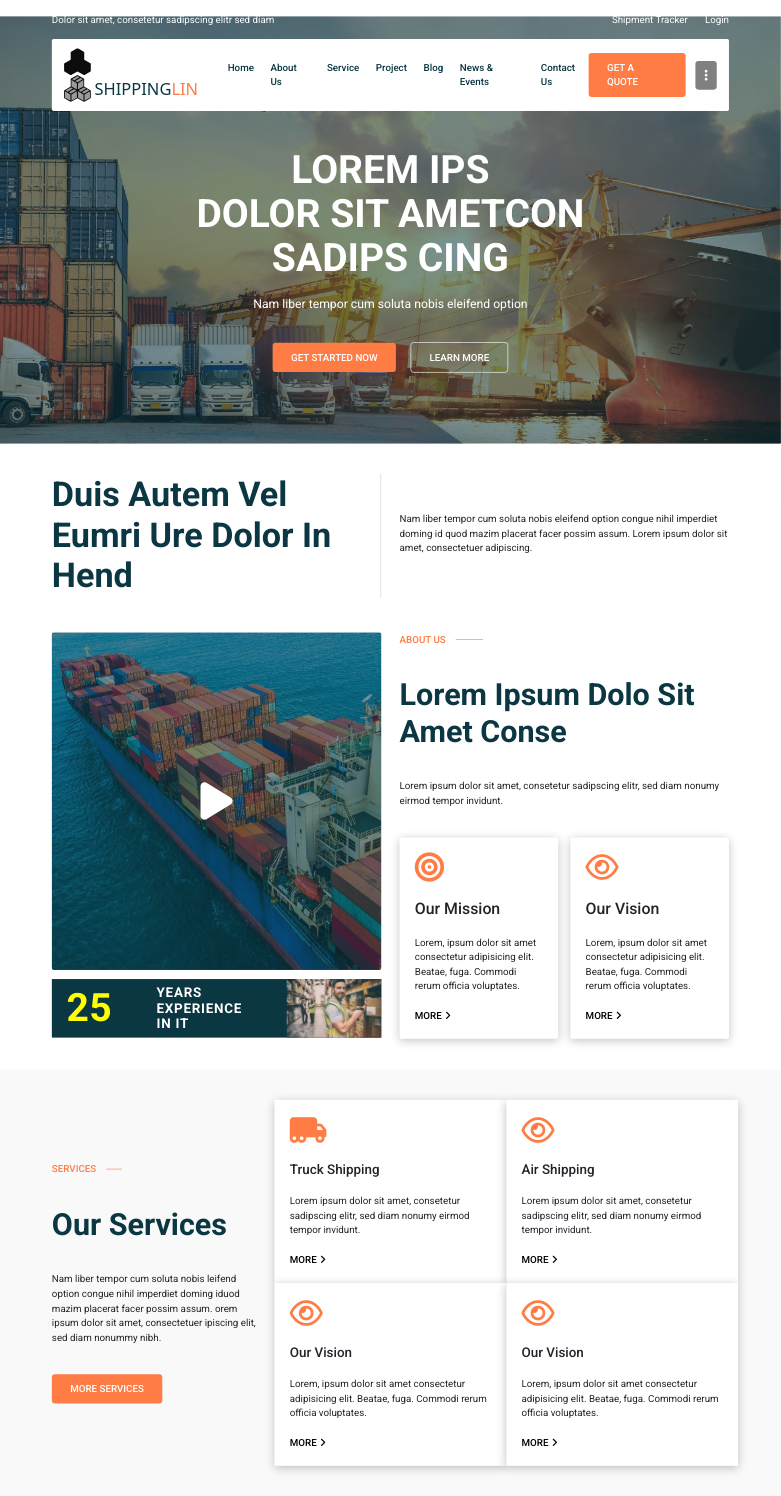
Repository: nazmulalok/shipping-theme
Page: index.html
These files come from the project's save history. The page is drawn as it stood at one moment and after the next save; the edit follows.
The browser window is 1280 px wide. The pictures show the whole page, at 61% of full size.
Some web libraries are served in a nearby version.

Above is the page before, as saved 2022-10-08 23:02:54.

### index.html
<!DOCTYPE html>
<html lang="en">

    <head>
        <meta charset="UTF-8">
        <meta http-equiv="X-UA-Compatible" content="IE=edge">
        <meta name="viewport" content="width=device-width, initial-scale=1.0">
        <link rel="preconnect" href="https://fonts.googleapis.com">
        <link rel="preconnect" href="https://fonts.gstatic.com" crossorigin>
        <link
            href="https://fonts.googleapis.com/css2?family=Roboto:ital,wght@0,300;0,400;0,500;0,700;0,900;1,300;1,400;1,500;1,700;1,900&display=swap"
            rel="stylesheet">
        <link rel="stylesheet" href="https://cdnjs.cloudflare.com/ajax/libs/font-awesome/6.2.0/css/all.min.css"
            integrity="sha512-xh6O/CkQoPOWDdYTDqeRdPCVd1SpvCA9XXcUnZS2FmJNp1coAFzvtCN9BmamE+4aHK8yyUHUSCcJHgXloTyT2A=="
            crossorigin="anonymous" referrerpolicy="no-referrer" />
        <link rel="stylesheet" href="https://cdn.jsdelivr.net/npm/bootstrap@4.0.0/dist/css/bootstrap.min.css"
            integrity="sha384-Gn5384xqQ1aoWXA+058RXPxPg6fy4IWvTNh0E263XmFcJlSAwiGgFAW/dAiS6JXm" crossorigin="anonymous">
        <link rel="stylesheet" href="style.css">
        <title>Document</title>
    </head>

    <body>
        <header class="header-top">
            <div class="container">
                <div class="top-bar">
                    <p class="m-0">Dolor sit amet, consetetur sadipscing elitr sed diam</p>
                    <div>
                        <span class="mr-4">Shipment Tracker</span>
                        <span>Login</span>
                    </div>
                </div>
                <div class="header-area">
                    <div class="logo">
                        <img src="images/box.svg" alt="Logo Box" class="me-2">
                        <img src="images/shipping-logo.svg" alt="Shipping Logo">
                    </div>
                    <nav>
                        <ul>
                            <li><a href="#">Home</a></li>
                            <li><a href="#">About Us</a></li>
                            <li><a href="#">Service</a></li>
                            <li><a href="#">Project</a></li>
                            <li><a href="#">Blog</a></li>
                            <li><a href="#">News & Events</a></li>
                            <li><a href="#">Contact Us</a></li>
                        </ul>
                    </nav>
                    <div class="nav-btn">
                        <a class="common-btn mr-3" href="#">Get A Quote</a>
                        <i class="fa-solid fa-ellipsis-vertical"></i>
                    </div>
                </div>
            </div>
        </header>
        <!-- Slider -->
        <section>
            <div class="main-slider">
                <div class="container">
                    <div class="slide-content">
                        <div class="slide-text">
                            <div class="slider-title mb-4">Lorem ips<br>
                                dolor sit ametcon<br>
                                sadips cing</div>
                            <p>Nam liber tempor cum soluta nobis eleifend option</p>
                            <div class="sliderBtn mt-5"><a class="common-btn mr-4" href="#">Get Started Now</a><a
                                    class="common-btn outline-btn" href="#">Learn More</a></div>
                        </div>
                    </div>
                </div>
            </div>
        </section>
        <!-- Slider Ends -->
        <div class="common-sec">
            <div class="container">
                <div class="row align-items-center mb-5">
                    <div class="col-lg-6">
                        <h1 class="border-heading">Duis Autem Vel Eumri
                            Ure Dolor In Hend</h1>
                    </div>
                    <div class="col-lg-6">
                        <p class="ms-4">Nam liber tempor cum soluta nobis eleifend option congue nihil imperdiet doming
                            id quod mazim
                            placerat facer possim assum. Lorem ipsum dolor sit amet, consectetuer adipiscing.</p>
                    </div>
                </div>
                <div class="row mt-5">
                    <div class="col-lg-6">
                        <div class="video-box img-box img-shadow">
                            <img src="images/ship-products.jpg" alt="Ship Products" />
                            <a data-fancybox="" href="" class="video-btn">
                                <i class="fa fa-play"></i>
                            </a>
                        </div>
                        <div class="exp-section">
                            <div class="exp-title ml-4">
                                25
                            </div>
                            <div class="exp-paragraph">
                                Years <br>Experience <br>In It
                            </div>
                            <img src="images/exp-bg.png" alt="Experience">
                        </div>
                    </div>
                    <div class="col-lg-6">
                        <span class="sp-title">About Us</span>
                        <h2 class="mb-5">Lorem Ipsum Dolo
                            Sit Amet Conse</h2>
                        <p class="mb-5">Lorem ipsum dolor sit amet, consetetur sadipscing elitr, sed diam nonumy eirmod
                            tempor
                            invidunt.</p>
                        <div class="boxes">
                            <div class="common-box">
                                <div class="content">
                                    <i class="fa-solid fa-bullseye mb-4"></i>
                                    <div class="box-title mb-4">
                                        Our Mission
                                    </div>
                                    <p class="mb-4">Lorem, ipsum dolor sit amet consectetur adipisicing elit. Beatae,
                                        fuga. Commodi
                                        rerum
                                        officia voluptates.</p>
                                    <a href="#" class="more-btn">More</a>
                                </div>
                            </div>
                            <div class="common-box">
                                <div class="content">
                                    <i class="fa-regular fa-eye mb-4"></i>
                                    <div class="box-title mb-4">
                                        Our Vision
                                    </div>
                                    <p class="mb-4">Lorem, ipsum dolor sit amet consectetur adipisicing elit. Beatae,
                                        fuga. Commodi
                                        rerum
                                        officia voluptates.</p>
                                    <a href="#" class="more-btn">More</a>
                                </div>
                            </div>
                        </div>
                    </div>
                </div>
            </div>
        </div>
        <div class="common-sec service-sec">
            <div class="container">
                <div class="row align-items-center">
                    <div class="col-lg-4">
                        <span class="sp-title">Services</span>
                        <h2 class="mb-5">Our Services</h2>
                        <p class="mb-5">Nam liber tempor cum soluta nobis leifend option congue nihil imperdiet doming
                            iduod mazim placerat facer possim assum. orem ipsum dolor sit amet, consectetuer ipiscing
                            elit, sed diam nonummy nibh.</p>
                        <a href="#" class="common-btn">More Services</a>
                    </div>
                    <div class="col-lg-8">
                        <div class="row">
                            <div class="col-lg-6 p-0">
                                <div class="common-box">
                                    <div class="content">
                                        <i class="fa-solid fa-truck-moving mb-4"></i>
                                        <div class="box-title mb-4">
                                            Truck Shipping
                                        </div>
                                        <p class="mb-4">Lorem ipsum dolor sit amet, consetetur sadipscing elitr, sed
                                            diam nonumy eirmod tempor invidunt.</p>
                                        <a href="#" class="more-btn">More</a>
                                    </div>
                                </div>
                            </div>
                            <div class="col-lg-6 p-0">
                                <div class="common-box">
                                    <div class="content">
                                        <i class="fa-regular fa-eye mb-4"></i>
                                        <div class="box-title mb-4">
                                            Air Shipping
                                        </div>
                                        <p class="mb-4">Lorem ipsum dolor sit amet, consetetur sadipscing elitr, sed
                                            diam nonumy eirmod tempor invidunt.</p>
                                        <a href="#" class="more-btn">More</a>
                                    </div>
                                </div>
                            </div>
                            <div class="col-lg-6 p-0">
                                <div class="common-box">
                                    <div class="content">
                                        <i class="fa-regular fa-eye mb-4"></i>
                                        <div class="box-title mb-4">
                                            Our Vision
                                        </div>
                                        <p class="mb-4">Lorem, ipsum dolor sit amet consectetur adipisicing elit.
                                            Beatae,
                                            fuga. Commodi
                                            rerum
                                            officia voluptates.</p>
                                        <a href="#" class="more-btn">More</a>
                                    </div>
                                </div>
                            </div>
                            <div class="col-lg-6 p-0">
                                <div class="common-box">
                                    <div class="content">
                                        <i class="fa-regular fa-eye mb-4"></i>
                                        <div class="box-title mb-4">
                                            Our Vision
                                        </div>
                                        <p class="mb-4">Lorem, ipsum dolor sit amet consectetur adipisicing elit.
                                            Beatae,
                                            fuga. Commodi
                                            rerum
                                            officia voluptates.</p>
                                        <a href="#" class="more-btn">More</a>
                                    </div>
                                </div>
                            </div>
                        </div>
                    </div>
                </div>
            </div>
        </div>














        <script src="https://code.jquery.com/jquery-3.2.1.slim.min.js"
            integrity="sha384-KJ3o2DKtIkvYIK3UENzmM7KCkRr/rE9/Qpg6aAZGJwFDMVNA/GpGFF93hXpG5KkN"
            crossorigin="anonymous"></script>
        <script src="https://cdn.jsdelivr.net/npm/popper.js@1.12.9/dist/umd/popper.min.js"
            integrity="sha384-ApNbgh9B+Y1QKtv3Rn7W3mgPxhU9K/ScQsAP7hUibX39j7fakFPskvXusvfa0b4Q"
            crossorigin="anonymous"></script>
        <script src="https://cdn.jsdelivr.net/npm/bootstrap@4.0.0/dist/js/bootstrap.min.js"
            integrity="sha384-JZR6Spejh4U02d8jOt6vLEHfe/JQGiRRSQQxSfFWpi1MquVdAyjUar5+76PVCmYl"
            crossorigin="anonymous"></script>
    </body>

</html>

### style.css
/* Common CSS Starts*/
*,
*::before,
*::after {
    box-sizing: border-box;
    margin: 0;
    padding: 0;
}

html {
    scroll-behavior: smooth;
}

:root {
    --main-color: #FF7D44;
    --secondary-color: #0B3742;
    --tertiary-color: #FFFFFF;
}

body {
    font-family: 'Roboto', sans-serif;
}

a.white-space {
    white-space: nowrap;
}

/* Common CSS Ends */

/* slider style starts */

.main-slider>* {
    z-index: 10;
}

.main-slider {
    background: url(images/shipping-banner.jpg);
    height: 700px;
    width: 100%;
    background-size: cover;
    background-repeat: no-repeat;
    background-position: center;
    position: relative;
    display: flex;
    align-items: center;
    transition: all 1s;
    margin-top: -155px;
    z-index: 50;
}

.main-slider:before {
    content: '';
    width: 100%;
    height: 100%;
    top: 0;
    left: 0;
    position: absolute;
    background-color: rgb(11 55 66 / 55%);
    z-index: 1;
}

.slide-content {
    text-align: center;
}

.slide-text {
    color: var(--tertiary-color);
    padding-top: 100px;
}

.slider-title {
    font-size: 4rem;
    font-weight: 600;
    line-height: 4.5rem;
    text-transform: uppercase;
}

.slide-text p {
    font-size: 20px;
}

a.common-btn {
    display: inline-block;
    text-decoration: none;
    color: var(--tertiary-color);
    background: var(--main-color);
    padding: 12px 30px;
    border-radius: 5px;
    font-size: 16px;
    font-weight: 500;
    text-transform: uppercase;
    transition: all 1s ease;
}

a.common-btn:hover {
    background: var(--tertiary-color);
    color: var(--secondary-color);
}

a.common-btn.outline-btn {
    background: transparent !important;
    border: 1px solid var(--tertiary-color);
}

a.common-btn.outline-btn:hover {
    background: var(--tertiary-color) !important;
}

/* Header style starts */

.header-top {
    z-index: 100;
    background: transparent;
    position: relative;
}

.top-bar,
.header-area {
    display: flex;
    justify-content: space-between;
    align-items: center;
    color: var(--tertiary-color);
}

.top-bar {
    padding: 20px 0px;
}

.header-area {
    background: var(--tertiary-color);
    padding: 15px 20px;
    border-radius: 3px;
}

nav ul {
    list-style-type: none;
    color: var(--secondary-color);
    display: flex;
    gap: 1.7rem;
    margin: 0;
}

nav ul a {
    color: var(--secondary-color);
    text-decoration: none;
    font-size: 16px;
    font-weight: 500;
    transition: all 0.5s;
}

nav ul a:hover {
    color: var(--main-color);
    transition: all 0.5s;
}

.nav-btn {
    align-items: center;
    display: flex;
}

.nav-btn i {
    color: var(--tertiary-color);
    font-size: 21px;
    background: gray;
    padding: 13px 15px;
    border-radius: 5px;
}

/* Headings Styles */

h1 {
    font-size: 56px;
}

h2 {
    font-size: 50px;
}

h3 {
    font-size: 44px;
}

h4 {
    font-size: 38px;
}

h5 {
    font-size: 32px;
}

h6 {
    font-size: 26px;
}

h1,
h2,
h3,
h4,
h5,
h6 {
    font-weight: 700;
    margin-bottom: 10px;
    color: var(--secondary-color);
}

/* Section Styles */

.py-50,
.common-sec {
    padding-top: 50px;
    padding-bottom: 50px;
}

.common-sec {
    position: relative;
    z-index: 0;
    overflow: hidden;
}

.common-sec:nth-child(even):before {
    content: "";
    position: absolute;
    width: 1000%;
    height: 100%;
    top: 50%;
    left: 50%;
    transform: translate(-50%, -50%);
    background-color: #f9f9f9;
    border-bottom: 1px solid #f6f6f6;
    z-index: -1;
}

/* Image box style */

.img-box {
    border-radius: 3px;
    transition: 0.5s;
    margin-bottom: 15px;
    text-align: center;
    position: relative;
}

.img-box img {
    border-radius: 3px;
}

.img-box:last-child {
    margin-bottom: 0;
}

figure.img-box img+figcaption {
    margin-top: 10px;
    text-align: left;
    padding: 10px;
    border-radius: 3px;
    box-shadow: -5px 5px 20px 0 rgb(0 0 0 / 5%);
}

.img-box.img-shadow:before {
    content: '';
    width: 100%;
    height: 100%;
    position: absolute;
    top: 0;
    left: 0;
    background-color: rgb(11 55 66 / 55%);
    border-radius: 3px;
}

/* Video Box */

.video-box {
    position: relative;
}

.video-box img {
    border-radius: 3px;
    width: 100%;
}

.video-btn {
    position: absolute;
    text-align: center;
    color: var(--tertiary-color);
    font-size: 30px;
    border: none;
    left: 50%;
    top: 50%;
    -webkit-transform: translate(-50%, -50%);
    transform: translate(-50%, -50%);
    display: flex;
    justify-content: center;
    align-items: center;
    text-decoration: none !important;
    box-shadow: none;
    transition: 0.5s;
}

.video-btn .fa-play {
    color: var(--tertiary-color);
    position: relative;
    z-index: 99;
    -webkit-transition: color 0.5s;
    transition: 0.5s;
    text-decoration: none;
    line-height: 80px;
    font-size: 70px;
}

.video-btn:hover {
    color: inherit;
}

.video-btn:hover .fa-play {
    color: var(--main-color);
}

.video-btn:before,
.video-btn:after {
    display: none;
}

/* Common Box Styles */

.common-box {
    box-shadow: rgb(0 0 0 / 24%) 0px 3px 15px;
    height: 100%;
    background-color: #fff;
    border-radius: 3px;
    transition: all 0.5s ease;
}

.common-box>.img-box {
    margin-bottom: 0;
}

.common-box .common-heading:last-child,
.common-box p:last-child,
.common-box ul:last-child,
.common-box ul:last-child li:last-child,
.common-box .img-box:last-child {
    margin-bottom: 0;
}

.common-box>.content {
    padding: 25px;
}

/* Other CSS Starts */

.border-heading {
    border-right: 2px solid #E8E8E8;
}

.sp-title {
    display: flex;
    text-transform: uppercase;
    color: var(--main-color);
    font-weight: 500;
    align-items: center;
    margin-bottom: 3rem;
}

.sp-title:after {
    content: '';
    width: 20px;
    height: 1px;
    background: var(--main-color);
    flex: 0.1;
    margin-left: 1rem;
}

.boxes {
    display: grid;
    grid-template-columns: 1fr 1fr;
    grid-gap: 20px;
}

.common-box i {
    color: var(--main-color);
    font-size: 48px;
}

.common-box .box-title {
    font-size: 26px;
    font-weight: 500;
}

.common-box:hover {
    background-color: var(--main-color);
    color: var(--tertiary-color);
    transition: all 0.5s ease;
}

.common-box:hover i {
    color: var(--tertiary-color);
    transition: all 1s ease;
}

.exp-section {
    background: var(--secondary-color);
    display: flex;
    align-items: center;
    justify-content: space-between;
}

.exp-section .exp-title {
    color: #FFFF00;
    font-size: 64px;
    font-weight: 600;
    letter-spacing: 0.5px;
}

.exp-section .exp-paragraph {
    color: var(--tertiary-color);
    font-size: 22px;
    font-weight: 600;
    line-height: normal;
    text-transform: uppercase;
    letter-spacing: 1.2px;
}

.exp-section img {
    width: 155px;
}

a.more-btn {
    display: inline-block;
    color: #000;
    font-size: 16px;
    font-weight: 500;
    text-transform: uppercase;
    text-decoration: none;
}

a.more-btn:after {
    content: '\f105';
    font-family: 'FontAwesome';
    margin-left: 5px;

}

.common-box:hover a.more-btn {
    color: var(--tertiary-color);
}

/* Service Section */

.service-sec .common-box {
    border-radius: 0px;
}

.service-sec .common-box .box-title {
    font-size: 22px;
    font-weight: 500;
}

After the next save:
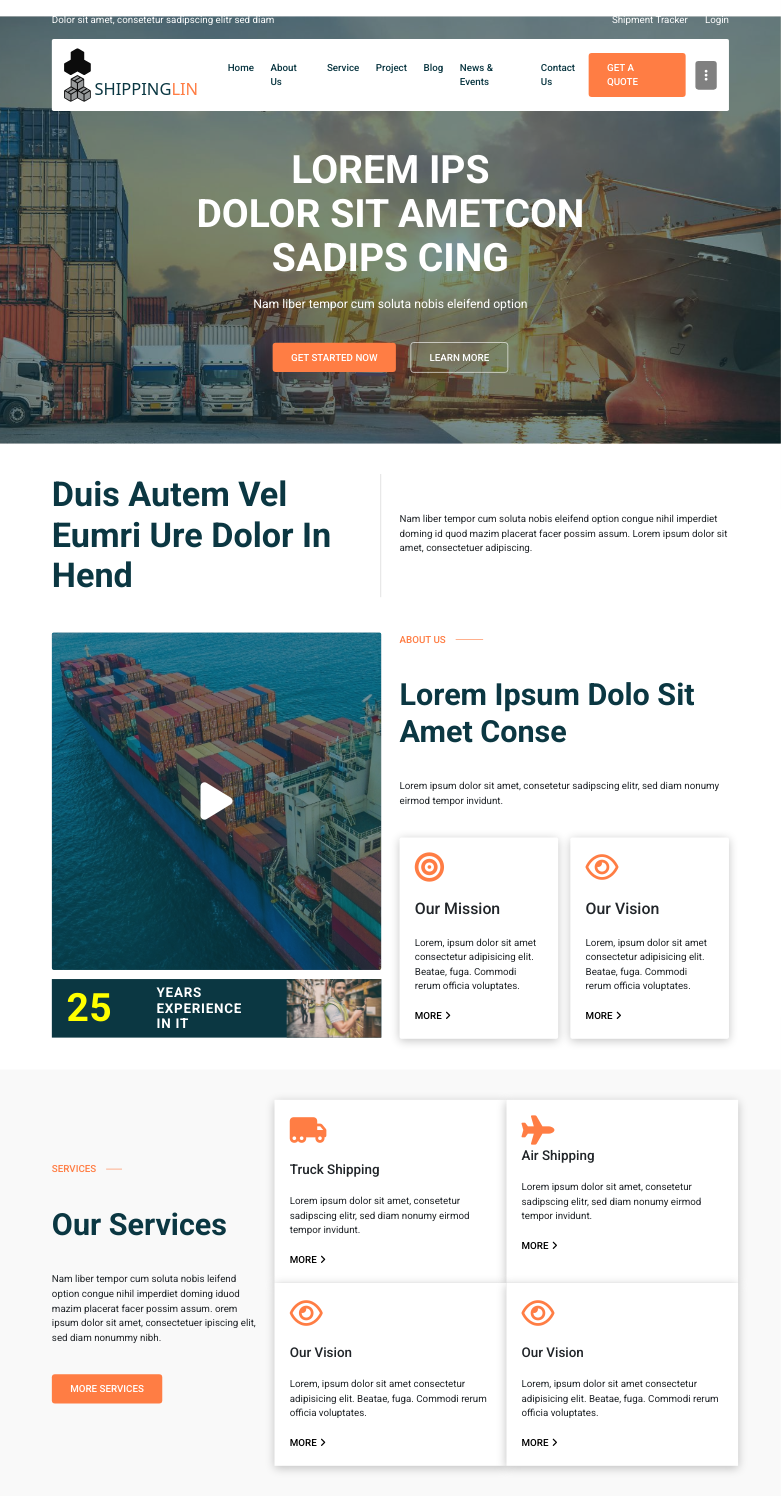
Saved 65 s later.
--- a/index.html
+++ b/index.html
@@ -169,7 +169,7 @@
                             <div class="col-lg-6 p-0">
                                 <div class="common-box">
                                     <div class="content">
-                                        <i class="fa-regular fa-eye mb-4"></i>
+                                        <i class="fa-solid fa-plane"></i>
                                         <div class="box-title mb-4">
                                             Air Shipping
                                         </div>
